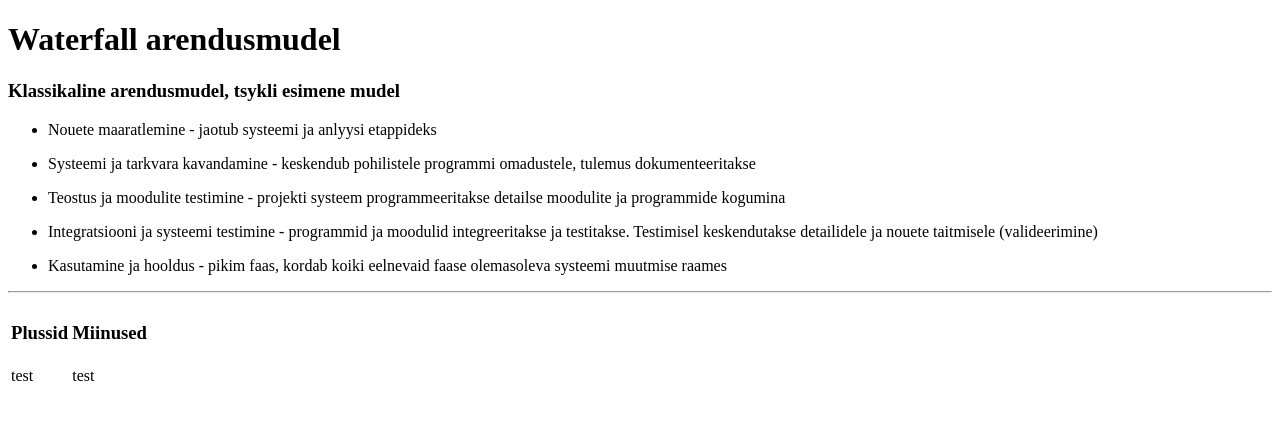
Repository: annemariv/Targe24
Page: elutsykkel/waterfall.html
These files come from the project's save history. The page is drawn as it stood at one moment and after a run of saves; the edit follows.
The browser window is 1280 px wide. The pictures show the whole page.

Above is the page before, as saved 2024-11-06 18:56:31.

### elutsykkel/waterfall.html
<!DOCTYPE html>
<html lang="en">
<head>
    <meta charset="UTF-8">
    <meta name="viewport" content="width=device-width, initial-scale=1.0">
    <title>Waterfall arendusmudel</title>
</head>
<body>
    <p>
        <!--pealkiri-->
        <!--kirjeldus oma sonadega-->
        <!--etappide tapsem kirjeldus-->
        <!--visuaalne joonis-->
        <!--tabel, mis loetleb head ja vead ()-->
    </p>
    <h1>Waterfall arendusmudel</h1>
    <h3>Klassikaline arendusmudel, tsykli esimene mudel</h3>
    <ul>
        <li>
            <p>Nouete maaratlemine - jaotub systeemi ja anlyysi etappideks</p>
        </li>
        <li>
            <p>Systeemi ja tarkvara kavandamine - keskendub pohilistele programmi omadustele, tulemus dokumenteeritakse</p>
        </li>
        <li>
            <p>Teostus ja moodulite testimine - projekti systeem programmeeritakse detailse moodulite ja programmide kogumina</p>
        </li>
        <li>
            <p>Integratsiooni ja systeemi testimine - programmid ja moodulid integreeritakse ja testitakse. Testimisel keskendutakse detailidele ja nouete taitmisele (valideerimine)</p>
        </li>
        <li>
            <p>Kasutamine ja hooldus - pikim faas, kordab koiki eelnevaid faase olemasoleva systeemi muutmise raames</p>
        </li>
    </ul>
    <hr/>
    <table>
        <tr>
            <td><h3>Plussid</h3></td>
            <td><h3>Miinused</h3></td>
        </tr>
        <tr>
            <td>test</td>
            <td>test</td>
        </tr>
    </table>
</body>
</html>

After the next 4 saves:
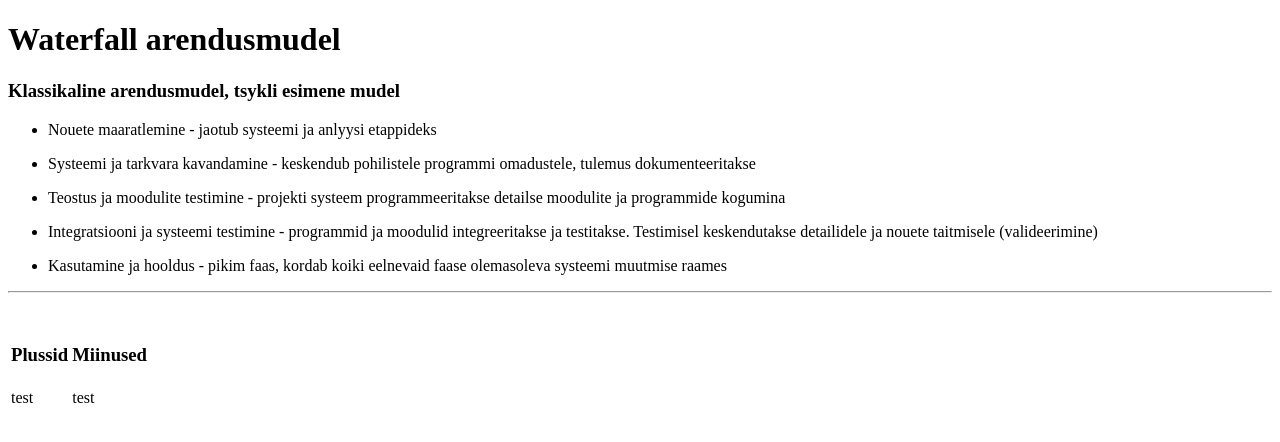
The 4 saves are shown as one change because they came seconds apart.
The last was saved 26 s later.
--- a/elutsykkel/waterfall.html
+++ b/elutsykkel/waterfall.html
@@ -34,6 +34,7 @@
     </ul>
     <hr/>
     <table>
+        <tr><td><img src="" alt=""></td></tr>
         <tr>
             <td><h3>Plussid</h3></td>
             <td><h3>Miinused</h3></td>
